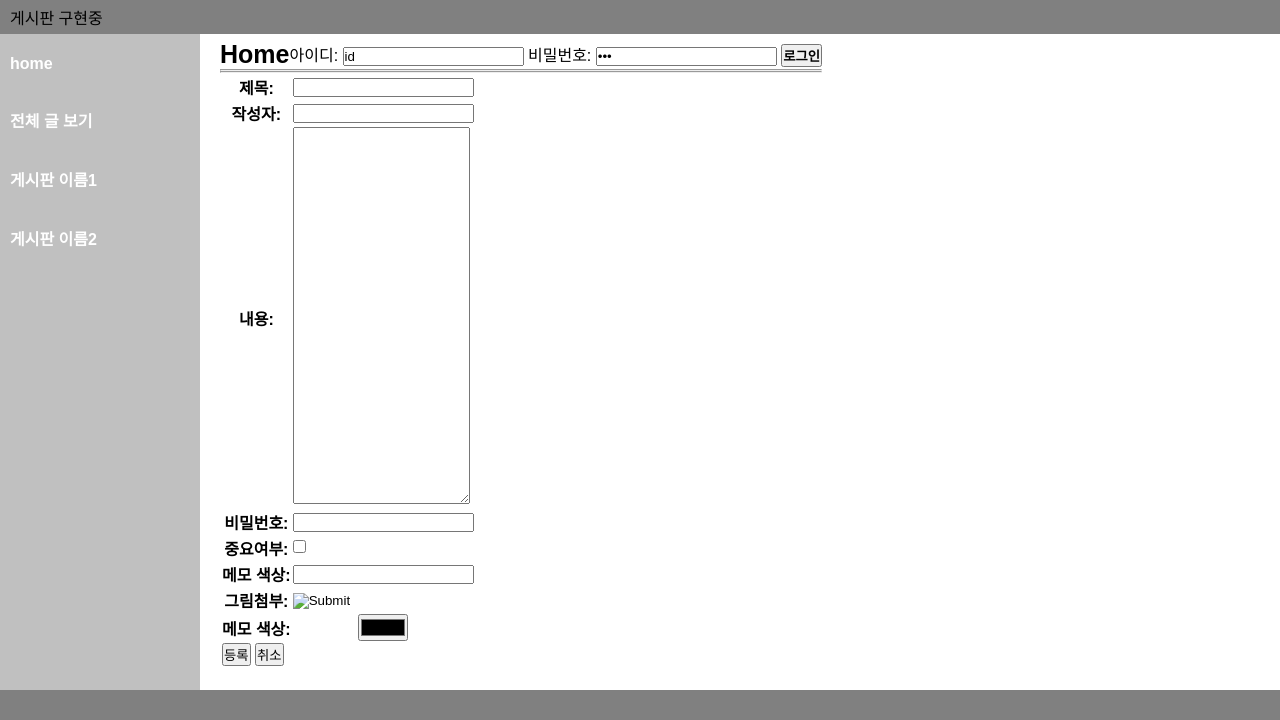
Repository: hyeon-jin-park/study
Page: work/internet_programing/Test_final/public/input.html
These files come from the project's save history. The page is drawn as it stood at one moment and after the next save; the edit follows.
The browser window is 1280 px wide. The pictures show the whole page.

Above is the page before, as saved 2025-03-19 10:00:04.

After the next save:
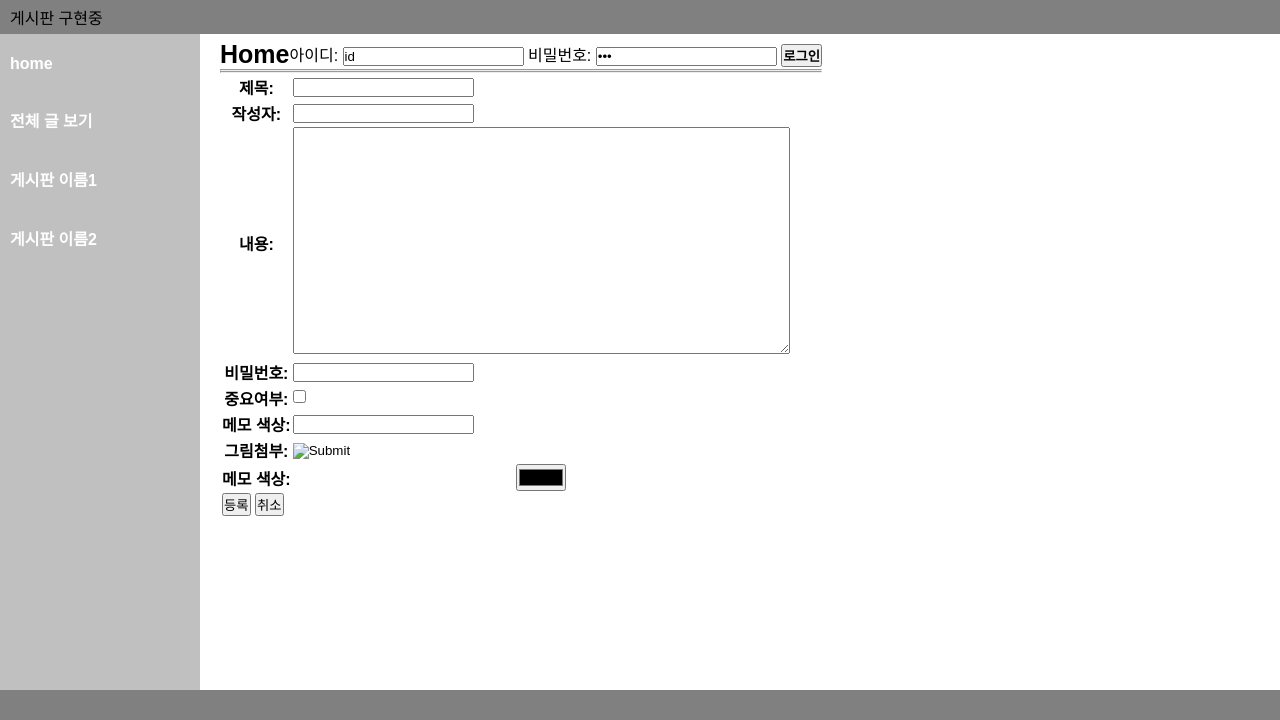
Saved 100 s later.
--- a/work/internet_programing/Test_final/public/input.html
+++ b/work/internet_programing/Test_final/public/input.html
@@ -61,7 +61,7 @@
     			</tr>
     			<tr>
     				<th>내용: </th>
-    				<td><textarea rows="25" cols="20"></textarea></td>
+    				<td><textarea rows="15" cols="60"></textarea></td>
     			</tr>
     			<tr>
     				<th>비밀번호: </th>
